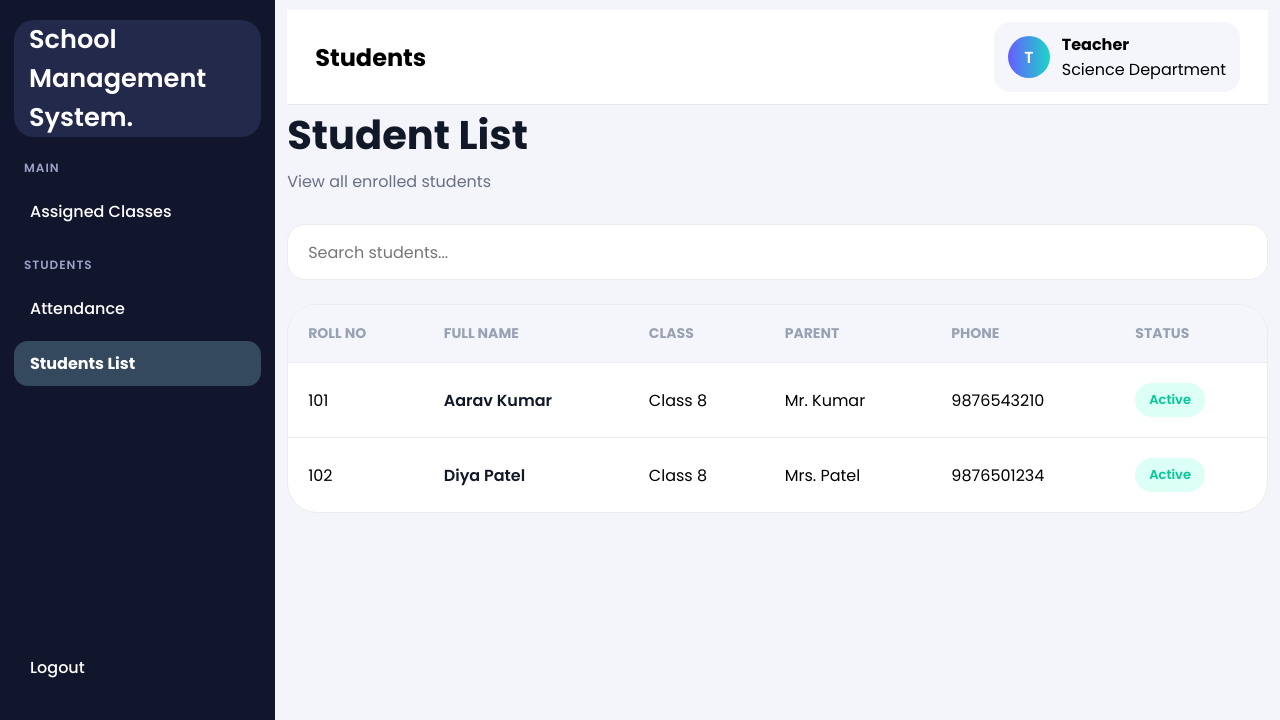
Repository: rohit-rk-07/school_management_system
Page: http://localhost/School_Management_System/teacher/studentsList.jsp
These files come from the project's save history. The page is drawn as it stood at one moment and after the next save; the edit follows.
The browser window is 1280 px wide. The pictures show the whole page.
The page is served by Tomcat 10. Other server files are loaded and not shown.

Above is the page before, as saved 2026-05-21 08:50:00.

### School_Management_System/src/main/webapp/teacher/studentsList.jsp
<!DOCTYPE html>
<html lang="en">

<head>

    <meta charset="UTF-8">
    <meta name="viewport" content="width=device-width, initial-scale=1.0">

    <title>Student List</title>

    <link rel="preconnect" href="https://fonts.googleapis.com">

    <link href="https://fonts.googleapis.com/css2?family=Poppins:wght@300;400;500;600;700&display=swap"
        rel="stylesheet">

    <style>

        *{
            margin:0;
            padding:0;
            box-sizing:border-box;
            font-family:'Poppins',sans-serif;
        }

        body{
            background:#f4f5fb;
            display: flex;
            flex-direction: row;
            justify-content: space-between;
            align-items: start;
        }

        .studentListContainer{
            padding:10px 12px;
            width: 80%;
        }

        .studentListHeading{
            font-size:40px;
            font-weight:700;
            color:#111827;
        }

        .studentListSubtitle{
            color:#667085;
            margin-top:4px;
            margin-bottom:30px;
        }

        .studentSearchBox{
            width:100%;
            height:56px;
            border:none;
            outline:none;
            background:#ffffff;
            border-radius:18px;
            padding:0 20px;
            border:1px solid #ececec;
            margin-bottom:24px;
            font-size:16px;
        }

        .studentTableCard{
            background:#ffffff;
            border-radius:30px;
            overflow:hidden;
            border:1px solid #ececec;
        }

        .studentTable{
            width:100%;
            border-collapse:collapse;
        }

        .studentTable thead{
            background:#f5f6fb;
        }

        .studentTable th{
            padding:18px 20px;
            text-align:left;
            color:#98a2b3;
            font-size:14px;
        }

        .studentTable td{
            padding:20px;
            border-top:1px solid #ececec;
        }

        .studentName{
            font-weight:600;
            color:#111827;
        }

        .studentStatusBadge{
            display:inline-block;
            padding:7px 14px;
            border-radius:30px;
            font-size:13px;
            font-weight:600;
        }

        .studentActive{
            background:#dcfff6;
            color:#00c896;
        }

        .attendanceTopbar {
    width: 100%;
    background: #ffffff;
    padding: 12px 28px;
    display: flex;
    justify-content: space-between;
    align-items: center;
    border-bottom: 1px solid #e7e7e7;
    }

    .attendanceTeacherProfile {
    display: flex;
    align-items: center;
    gap: 12px;
    background: #f5f6fb;
    padding: 10px 14px;
    border-radius: 16px;
}

.attendanceTeacherAvatar {
    width: 42px;
    height: 42px;
    border-radius: 50%;
    background: linear-gradient(to right, #675cff, #1dd5c8);
    display: flex;
    align-items: center;
    justify-content: center;
    color: #ffffff;
    font-weight: 600;
}

    </style>

</head>

<body>

	<jsp:include page="sidebar.jsp" />

    <div class="studentListContainer">

    <div class="attendanceTopbar">

        <h2 class="attendanceTopbarTitle">
            Students
        </h2>

        <div class="attendanceTeacherProfile">

            <div class="attendanceTeacherAvatar">
                T
            </div>

            <div>

                <h4>Teacher</h4>

                <p class="attendanceTeacherRole">
                    Science Department
                </p>

            </div>

        </div>

    </div>

        <h1 class="studentListHeading">
            Student List
        </h1>

        <p class="studentListSubtitle">
            View all enrolled students
        </p>

        <input
            type="text"
            placeholder="Search students..."
            class="studentSearchBox"
        >

        <div class="studentTableCard">

            <table class="studentTable">

                <thead>

                    <tr>

                        <th>ROLL NO</th>
                        <th>FULL NAME</th>
                        <th>CLASS</th>
                        <th>PARENT</th>
                        <th>PHONE</th>
                        <th>STATUS</th>

                    </tr>

                </thead>

                <tbody>

                    <tr>

                        <td>101</td>

                        <td class="studentName">
                            Aarav Kumar
                        </td>

                        <td>Class 8</td>

                        <td>Mr. Kumar</td>

                        <td>9876543210</td>

                        <td>

                            <span class="studentStatusBadge studentActive">
                                Active
                            </span>

                        </td>

                    </tr>

                    <tr>

                        <td>102</td>

                        <td class="studentName">
                            Diya Patel
                        </td>

                        <td>Class 8</td>

                        <td>Mrs. Patel</td>

                        <td>9876501234</td>

                        <td>

                            <span class="studentStatusBadge studentActive">
                                Active
                            </span>

                        </td>

                    </tr>

                </tbody>

            </table>

        </div>

    </div>

</body>

</html>

### School_Management_System/src/main/webapp/teacher/sidebar.jsp
<!DOCTYPE html>
<html lang="en">
<head>
  <meta charset="UTF-8" />
  <meta name="viewport" content="width=device-width, initial-scale=1.0"/>
  <title>School Sidebar</title>

  <style type="text/css">
  *{
  margin:0;
  padding:0;
  box-sizing:border-box;
}

body{
  font-family:'Poppins',sans-serif;
  background:#f4f5fa;
}

/* SIDEBAR */

.schoolSidebar{
  width:280px;
  height:100vh;
  background:#11162d;
  color:#ffffff;
  padding:20px 14px;
  display:flex;
  flex-direction:column;
  justify-content:space-between;
  /*border-top-right-radius:20px;
  border-bottom-right-radius:20px;*/
  transition:0.3s;
}

.schoolSidebarLogo {
    font-size: 1.6rem;
    font-weight: 600;
    background: #23294b;
    border-radius: 20px;
    padding: 0 15px;
}

schoolSidebarLogo{
  border-radius:14px;
  background:#23294b;
  display:flex;
  align-items:start;
  justify-content:start;
  font-size:20px;
  margin-bottom:35px;
}

/* MENU TITLES */

.schoolSidebarMenuTitle{
  color:#9ca3c7;
  font-size:12px;
  letter-spacing:1px;
  margin:22px 10px 12px;
  font-weight:600;
}

/* MENU */

.schoolSidebarMenuList{
  list-style:none;
}

.schoolSidebarMenuItem{
  display:flex;
  align-items:center;
  gap:14px;
  padding:10px 16px;
  border-radius:14px;
  margin-bottom:10px;
  color:#b6bdd9;
  cursor:pointer;
  transition:0.3s;
  font-size:15px;
  font-weight:500;
}

.schoolSidebarMenuItem a{
  font-size:16px;
  text-decoration: none;
  color: #fff;
  width: 100%;
  height: 100%;
}

/* HOVER */

.schoolSidebarMenuItem:hover{
  background:#242b4d;
  color:#ffffff;
}

/* ACTIVE */

.schoolSidebarActive{
  background:#4d44cc;
  color:#ffffff;
}

.schoolSidebarMenuItem {
    /* Your default styling for menu items */
    transition: background-color 0.2s ease;
}

/* This targets the container when active */
.schoolSidebarMenuItem.schoolSidebarActive {
    background-color: #34495e; /* Change to your preferred highlight color */
}

/* Ensures the text color inside the active container looks right */
.schoolSidebarMenuItem.schoolSidebarActive a {
    color: #ffffff;
    font-weight: bold;
}

/* DARK MODE */

.schoolSidebarDark{
  background:#050814;
}

.schoolSidebarDark .schoolSidebarMenuItem:hover{
  background:#1c2445;
}

/* RESPONSIVE */

@media(max-width:768px){

  .schoolSidebar{
    width:100%;
    height:auto;
    border-radius:0;
  }

}
  </style>

  <link rel="preconnect" href="https://fonts.googleapis.com">
  <link href="https://fonts.googleapis.com/css2?family=Poppins:wght@300;400;500;600;700&display=swap" rel="stylesheet">
</head>

<body>

  <aside class="schoolSidebar">

    <!-- LOGO -->
    <div class="schoolSidebarTop">

      <div class="schoolSidebarLogo">
        School Management System.
      </div>

      <!-- MAIN MENU -->
      <div class="schoolSidebarMenuTitle">
        MAIN
      </div>

      <ul class="schoolSidebarMenuList">

        <li class="schoolSidebarMenuItem schoolSidebarActive">
          <a href="assignedclass.jsp">Assigned Classes</a>
        </li>

      </ul>

      <!-- ASSIGNMENTS -->
      <div class="schoolSidebarMenuTitle">
        STUDENTS
      </div>

      <ul class="schoolSidebarMenuList">

        <li class="schoolSidebarMenuItem">
          <a href="attendance.jsp">Attendance</a>
        </li>

        <li class="schoolSidebarMenuItem">
          <a href="studentsList.jsp">Students List</a>
        </li>

      </ul>

    </div>

    <!-- BOTTOM -->
    <div class="schoolSidebarBottom">

      <ul class="schoolSidebarMenuList">

        <li class="schoolSidebarMenuItem">
          <a href="/School_Management_System/login/login.jsp">Logout</a>
        </li>

      </ul>

    </div>

  </aside>

  <script>

  document.addEventListener("DOMContentLoaded", function () {
    const currentPath = window.location.pathname.split("/").pop();
    const menuLinks = document.querySelectorAll(".schoolSidebarMenuList a");
    menuLinks.forEach(link => {
        const linkPath = link.getAttribute("href");

        if (currentPath === linkPath) {
            document.querySelectorAll(".schoolSidebarMenuItem").forEach(item => {
                item.classList.remove("schoolSidebarActive");
            });

            link.closest("li").classList.add("schoolSidebarActive");
        }
    });
});

  </script>

</body>
</html>

After the next save:
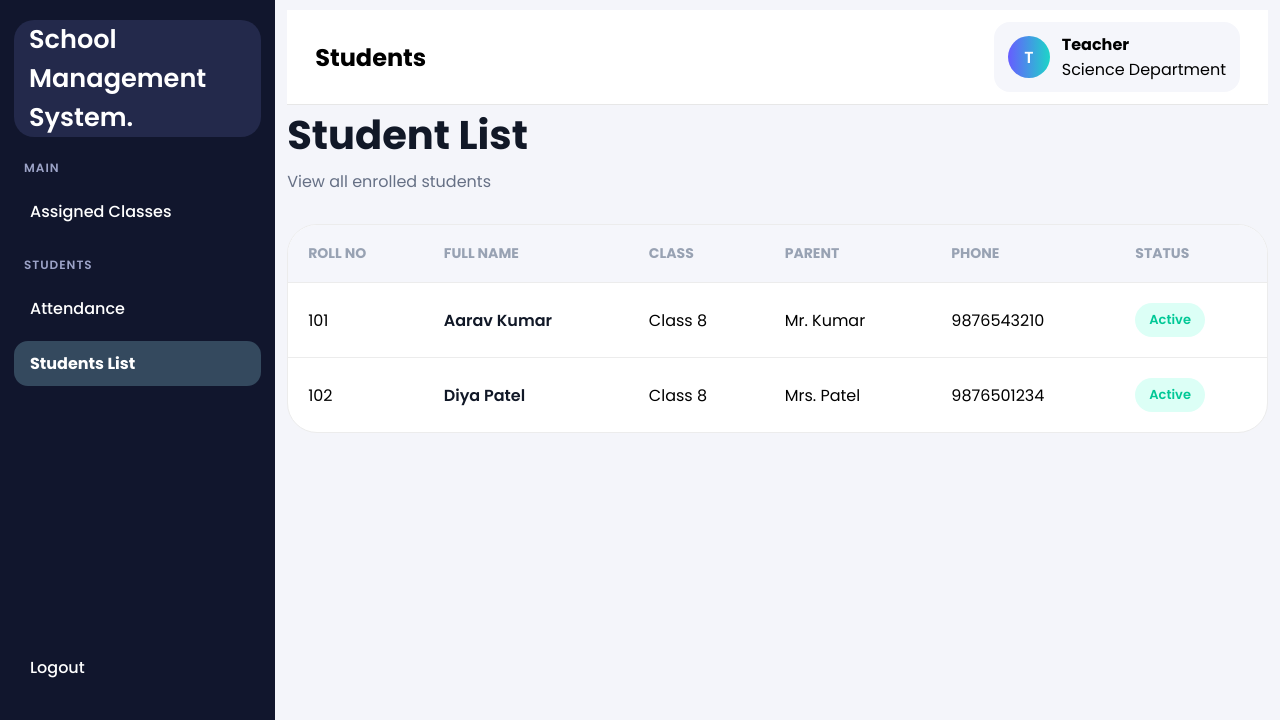
Saved 90 s later.
--- a/School_Management_System/src/main/webapp/teacher/studentsList.jsp
+++ b/School_Management_System/src/main/webapp/teacher/studentsList.jsp
@@ -181,11 +181,11 @@
             View all enrolled students
         </p>
 
-        <input
+       <!-- <input
             type="text"
             placeholder="Search students..."
             class="studentSearchBox"
-        >
+        > -->
 
         <div class="studentTableCard">
 
